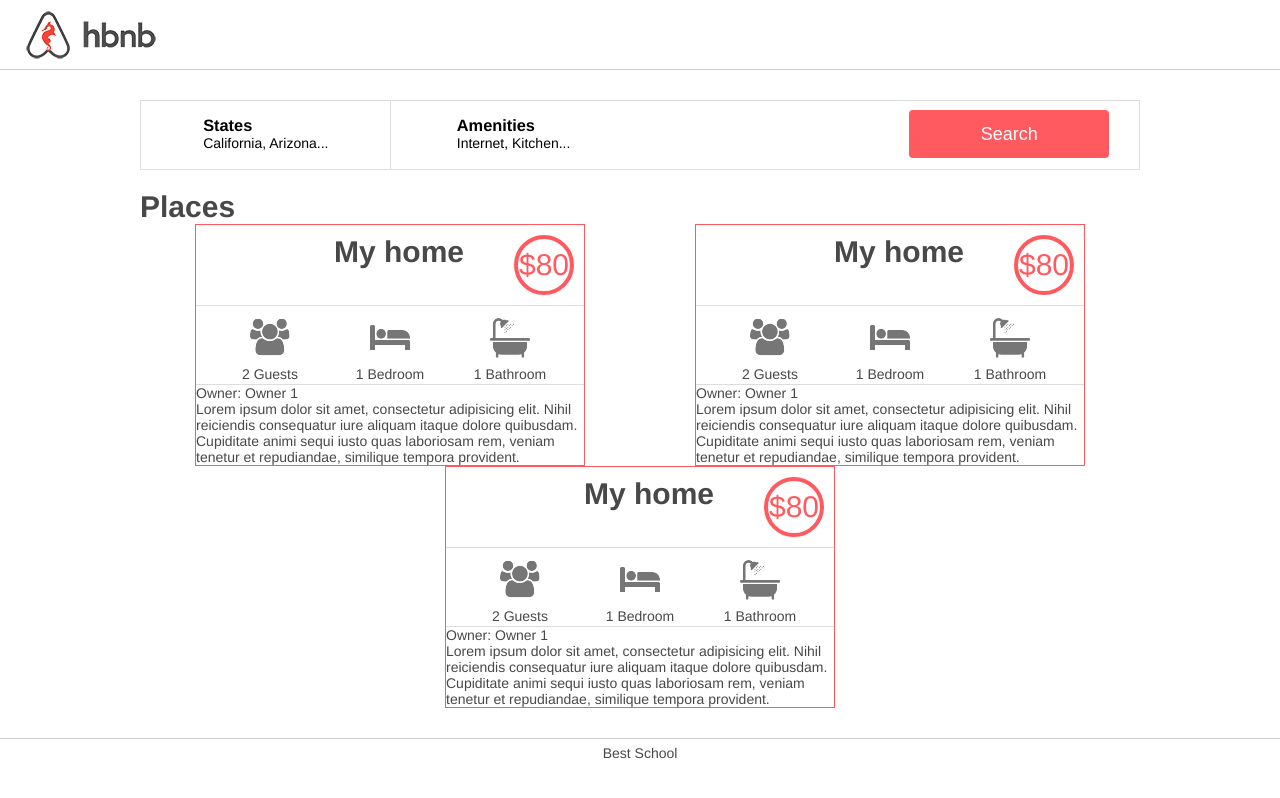
Repository: Eng-0marleves/AirBnB_clone
Page: web_static/8-index.html
These files come from the project's save history. The page is drawn as it stood at one moment and after the next save; the edit follows.
The browser window is 1280 px wide. The pictures show the whole page.

Above is the page before, as saved 2023-12-18 07:16:01.

After the next save:
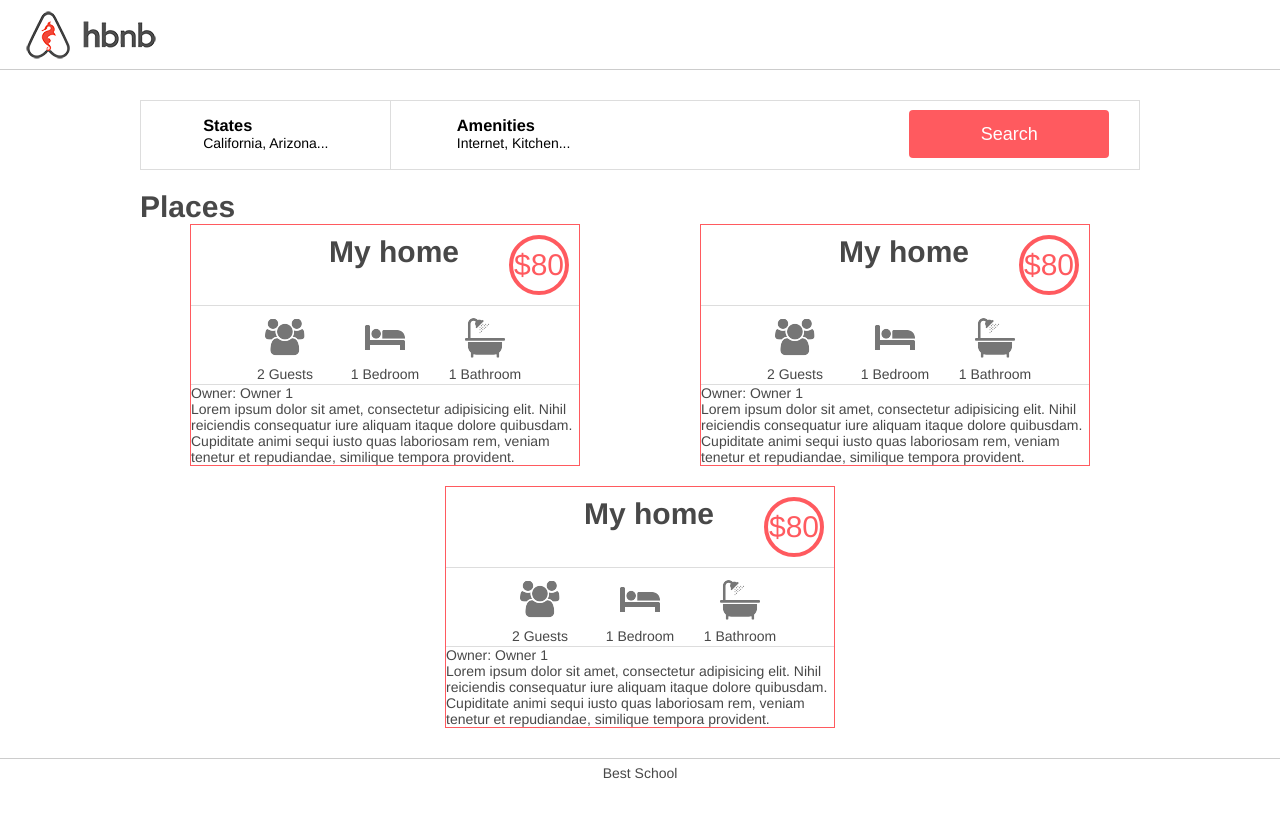
Saved 13 s later.
--- a/web_static/styles/8-places.css
+++ b/web_static/styles/8-places.css
@@ -11,6 +11,7 @@
   justify-content: space-around;
   align-items: center;
   flex-wrap: wrap;
+  gap: 20px;
 }
 
 .places article {
@@ -54,7 +55,6 @@
   flex-direction: row;
   flex-wrap: wrap;
   text-align: center;
-  gap: 20px;
 }
 
 .places article .information div {
